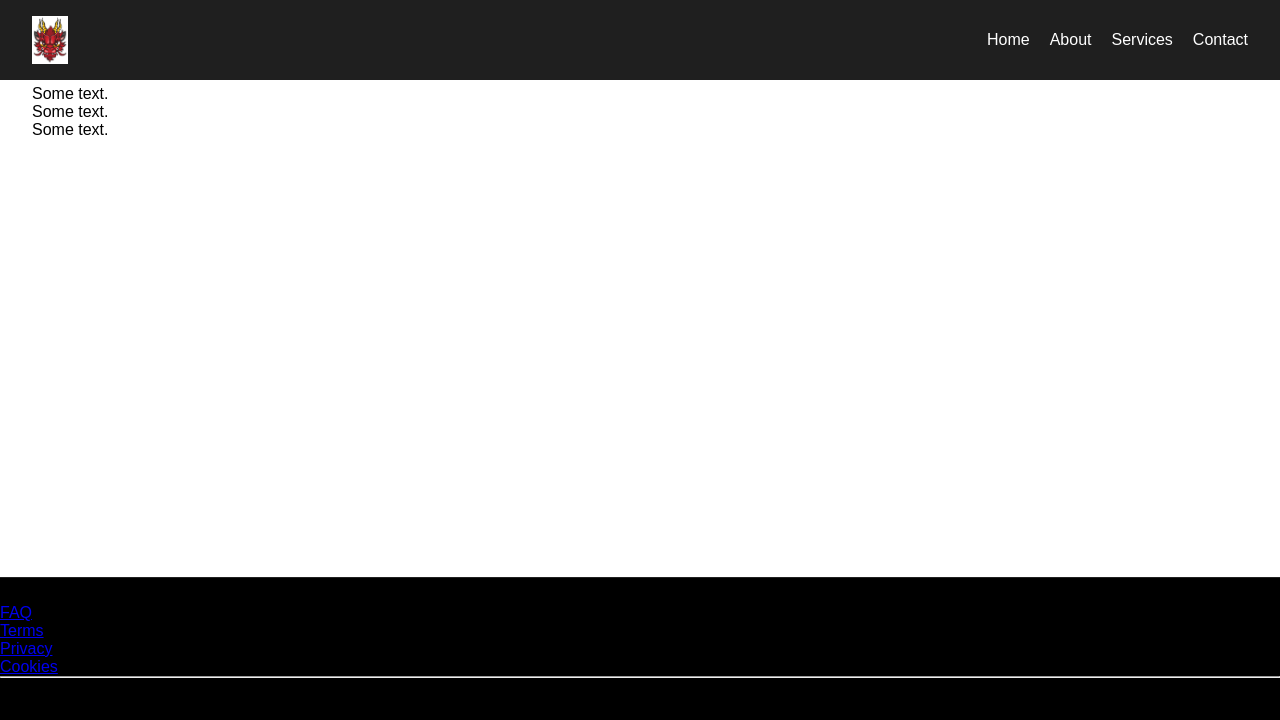
Repository: andreamm-lab/css-positioning-examples-2025-10
Page: index.html
An editor plug-in stored every save of this project. The page is shown before and after the next save, followed by the edit.
The browser window is 1280 px wide. The pictures show the whole page.

Above is the page before, as saved 2025-11-10 19:25:40.

### index.html
<!DOCTYPE html>
<html lang="en">
<head>
  <meta charset="UTF-8">
  <meta name="viewport" content="width=device-width, initial-scale=1.0">
  <title>Basic Nav Example</title>
  <link rel="stylesheet" href="./main.css">
</head>
<body>
  <header>
    <!-- Primary navigation -->
    <nav aria-label="Primary navigation">
      <a href="./index.html">
        <img src="./images/dragon.png" alt="Dragon logo">
      </a>
      <span class="spacer"></span>
      <ul>
        <li class="current"><a href="./index.html">Home</a></li>
        <li><a href="./pages/about.html">About</a></li>
        <li id="services-li">
          <a href="./pages/services.html">Services</a>
          <!-- Submenu -->
          <ul id="services-menu">
            <li><a href="#">Gardening</a></li>
            <li><a href="#">Landscaping</a></li>
            <li><a href="#">Weed Control</a></li>
            <li><a href="#">Tree Removal</a></li>
          </ul>
        </li>
        <li><a href="./pages/contact.html">Contact</a></li>
      </ul>
    </nav>
  </header>

  <main class="home-main">
    <h1 id="page-title" style="text-align: center;">Home Page</h1>

    <section class="section-a">
      <p>Some text.</p>
    </section>
    <section class="section-b">
      <p>Some text.</p>
    </section>
    <section class="section-a">
      <p>Some text.</p>
    </section>
  </main>

  <!------------------------------------- Footer ------------------------------------->
  <footer id="main-footer">
    <nav aria-label="Footer navigation">
      <ul>
        <li><a href="#">FAQ</a></li>
        <li><a href="#">Terms</a></li>
        <li><a href="#">Privacy</a></li>
        <li><a href="#">Cookies</a></li>
      </ul>
    </nav>

    <hr class="footer-line">

    <p>© 2024 My Website</p>
  </footer>
</body>
</html>

### main.css
/* 0.---------------------- General Setup ---------------------- */

*  {
    box-sizing: border-box; /* How to calculate dimensiones */
    margin: 0; /* Distance beetween words */
    padding: 0; /* Allow bullepoint to be visible */
}

/* All Font Page */
body {
    font-family: Arial, Helvetica, sans-serif;
    background-color: #ffffff;
    color: #000;
    min-height: 100vh;
    display: flex;
    flex-direction: column;
}

main {
    flex: 1;
    display: block;
    padding: 120px 32px 24px; /* top=120 to prevent content hidden by fixed header */
}

/* 1.---------------------- Header - Upper Menu - Encabezado ---------------------- */

/* background box and colors */
/* In Practice class: nav: means both header and footer
nav {
    padding: 10px 10px;
    min-height: 80px;
    background-color: #1F1F1F;
}
*/

/* Dimensions */
header {
    position: fixed; /* Added: keeps header always visible */
    top: 0;
    left: 0;
    width: 100%;
    z-index: 1000;
}

header nav {
    padding: 10px 32px;
    min-height: 80px;
    background-color: #1F1F1F;
    display: flex; /*added*/
    align-items: center;           /* vertical */
    justify-content: space-between; /* separates logo and menu */
}

/* Icon - Image */
header nav img {
    max-height: 48px;
    background-color: white;
    display: inline-block;  /* added */
    vertical-align: middle; /* added */
}

/* Top Horizontal Menu */

/* Aligning calculation*/
/* In class:
.spacer {
    display: inline-block;
    width: calc(100% - 40px - 320px);
}
*/
/* If 0 first number: result left. If 100% results right */

/* Text Relation with image */
header nav ul {
    list-style: none;
    display: flex;
    gap: 20px;
}

/* Word Colors depending their status */
/* Word clicked */
header nav ul li a {
    text-decoration: none;
    color: white;
}

/* Text color if we are in the current page*/
header nav ul li a.current {
    color: aquamarine;
    font-weight: bold;
}

/* Mouse over the word */
header nav ul li a:hover {
    color: aquamarine/* rgb(92, 229, 0) in class*/;
}

/* ---------------------- Added from Cursada: Dropdown Menu ---------------------- */

/* Services dropdown menu */
#services-li {
    position: relative;
}

#services-li:hover #services-menu {
    opacity: 1;
    visibility: visible;
    transform: translateY(0);
}

#services-menu {
    position: absolute;
    top: 100%;
    left: 0;
    z-index: 2000;
    margin: 0;
    padding: 4px 16px;
    background-color: #0e0e0e;
    visibility: hidden;
    opacity: 0;
    transform: translateY(-6px);
    transition: opacity 0.3s, transform 0.15s;
    list-style: none;

    display: block; /* evita que herede el flex del menú principal */
}

#services-menu li {
    display: block; /* lista vertical*/
    margin: 0;
    padding: 4px 0;
}


#services-menu a {
    display: inline-block;
    white-space: nowrap;
    color: #fff;
    text-decoration: none;
}

#services-menu a:hover {
    text-decoration: none;
    color: aquamarine
}

/* 1.2.special part -------------------------------- Side Menu --------------------------------------------------*/

/* Side menu on Services */
.page {
    display: flex;   /* content in columns */
    gap: 0;
}

/* Dimensions */
.main-content {
    width: 72%;
    vertical-align: top;
}

/* Style */
.side-nav {
    width: 28%;
    background-color: #000000;
    color: #fff;
    margin: 0;                /* sin espacio externo */
    padding: 0;               /* sin espacio interno general */
    border: none;             /* sin borde */
    box-sizing: border-box;
    min-height: 100%;         /* ocupa todo el alto */
}

/* Title: Categories - Dimensions */
.side-nav h2 {
    margin: 0;
    padding: 16px 16px 8px;
    font-size: 1.6rem;
    font-weight: 700;
}

/* List Dimensions */
.side-nav ul {
    list-style: none;
    margin: 0;
    padding: 0 16px 16px;
}

.side-nav ul li {
    margin: 0;
    padding: 6px 0;
}

/* Colors */
.side-nav ul li a {
    color: #4bb4ff;
    text-decoration: none;
    display: inline-block;
    width: 100%;
}

.side-nav ul li a:hover {
    text-decoration: underline;
    background-color: #1f1f1f;
}

/* 2.---------------------- Main / Home content ---------------------- */

/* Space size */
main {
    display: block;
    padding: 24px 32px;
}

main.page {
    padding: 0px 0px 0px 0px; /* top=0 keeps borders united with header and footer */
}

/* Title: Home Page */
#page-title {
    font-size: 2rem;
    text-align: center;
    margin-bottom: 24px;
}

/* text cards */
.card-grid {
    display: block;
}

.card {
    background-color: #f0f0f0;
    border: 1px solid #d0d0d0;
    border-radius: 6px;
    padding: 16px;
    margin-bottom: 16px;
}

.card h2 {
    margin-bottom: 8px;
}


/* 3.---------------------- Footer ---------------------- */
footer {
    background-color: #000;
    padding: 26px 0 24px;     /* un poco más de aire arriba/abajo */
    border-top: 1px solid #222;
}

/* contenedor de los links */
.footer-links {
    display: flex;
    justify-content: center;
    gap: 24px;                /* un poco menos de separación */
    margin: 0 auto 14px;      /* centrado y más cerca de la línea */
    padding-bottom: 0;
    max-width: 500px;         /* evita que se abran demasiado */
    border-bottom: 1px solid #333;
}

/* la línea que ves es este border-bottom; si la querés más fina: */
.footer-links {
    border-bottom: 1px solid rgba(255,255,255,0.12);
}

.footer-links a {
    color: #5cb3cc;
    text-decoration: none;
    font-size: 14px;          /* un poquito más grande para parecer menú */
    transition: color 0.3s ease;
    cursor: pointer;
}

.footer-links a:hover {
    color: #FF00FF;
}

.copyright {
    text-align: center;
    color: #888;
    font-size: 12px;
    margin-top: 10px;         /* separa el texto de la línea */
}

After the next save:
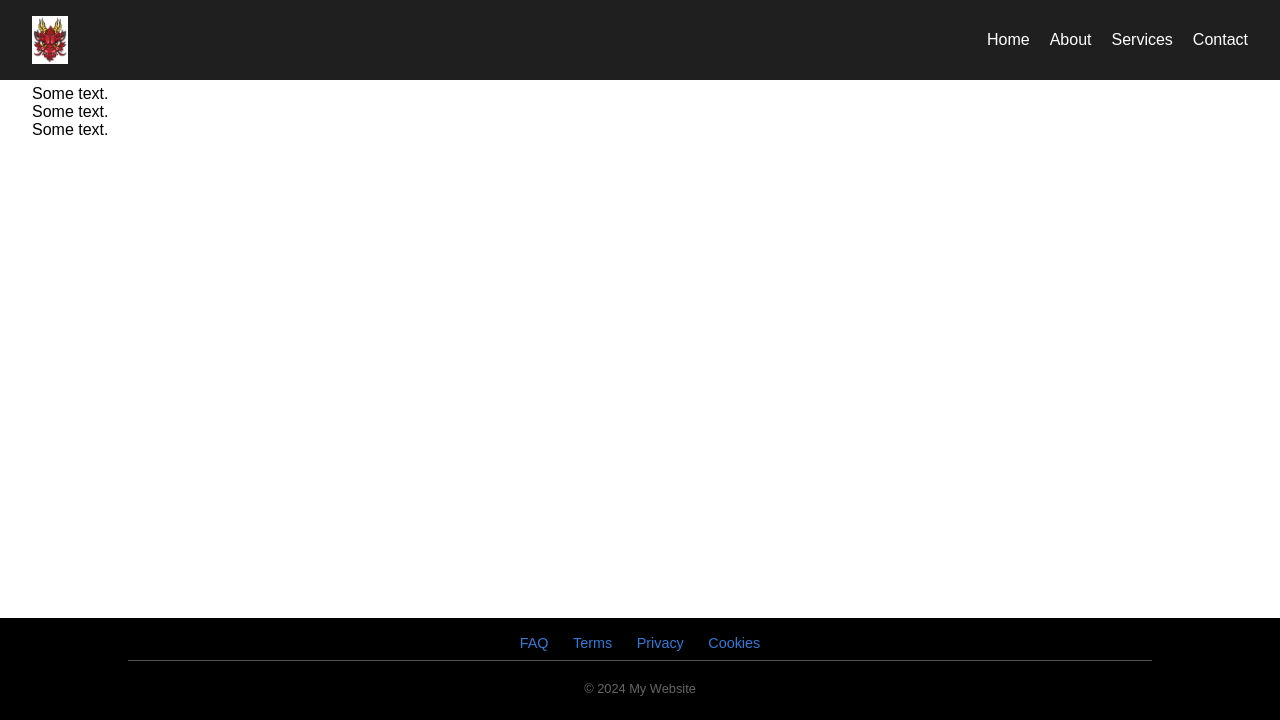
Saved 29 s later.
--- a/main.css
+++ b/main.css
@@ -241,43 +241,53 @@ main.page {
 
 
 /* 3.---------------------- Footer ---------------------- */
-footer {
-    background-color: #000;
-    padding: 26px 0 24px;     /* un poco más de aire arriba/abajo */
-    border-top: 1px solid #222;
-}
-
-/* contenedor de los links */
-.footer-links {
-    display: flex;
-    justify-content: center;
-    gap: 24px;                /* un poco menos de separación */
-    margin: 0 auto 14px;      /* centrado y más cerca de la línea */
-    padding-bottom: 0;
-    max-width: 500px;         /* evita que se abran demasiado */
-    border-bottom: 1px solid #333;
-}
-
-/* la línea que ves es este border-bottom; si la querés más fina: */
-.footer-links {
-    border-bottom: 1px solid rgba(255,255,255,0.12);
-}
-
-.footer-links a {
-    color: #5cb3cc;
-    text-decoration: none;
-    font-size: 14px;          /* un poquito más grande para parecer menú */
-    transition: color 0.3s ease;
-    cursor: pointer;
-}
-
-.footer-links a:hover {
-    color: #FF00FF;
-}
-
-.copyright {
+#main-footer {
+    background-color: #000000;
+    color: #656565;
     text-align: center;
-    color: #888;
-    font-size: 12px;
-    margin-top: 10px;         /* separa el texto de la línea */
-}
+    padding: 16px 0 24px;
+    margin: 0;
+    width: 100%;
+}
+
+#main-footer nav {
+    background: none;
+    padding: 0;
+    margin: 0 auto;
+}
+
+/* FAQ, Terms, etc. */
+#main-footer nav ul {
+    display: inline-block;
+    list-style: none;
+    margin: 0; /* Distance between FAQ text and white line */
+    padding: 0;
+    /*border-bottom: 1px solid white */ /*another option to do it*/;
+}
+
+#main-footer nav ul li {
+    display: inline-block;
+    margin: 0 10px;  /*Distance between words in footer: FAQ, Terms, etc. */
+}
+
+#main-footer nav ul li a {
+    color: rgb(51, 122, 216); /* Text color */
+    text-decoration: none;
+    font-size: 0.9rem;
+}
+
+/* Line separation */
+.footer-line {
+  border: none;
+  border-top: 1px solid rgba(204, 204, 204, 0.4); /* mismo grosor, más suave */
+  width: 80%;
+  margin: 8px auto 12px;
+}
+
+
+/* Last Line Text: My Website */
+#main-footer p {
+    font-size: 0.8rem;
+    margin: 0;
+    padding-top: 8px;
+}
